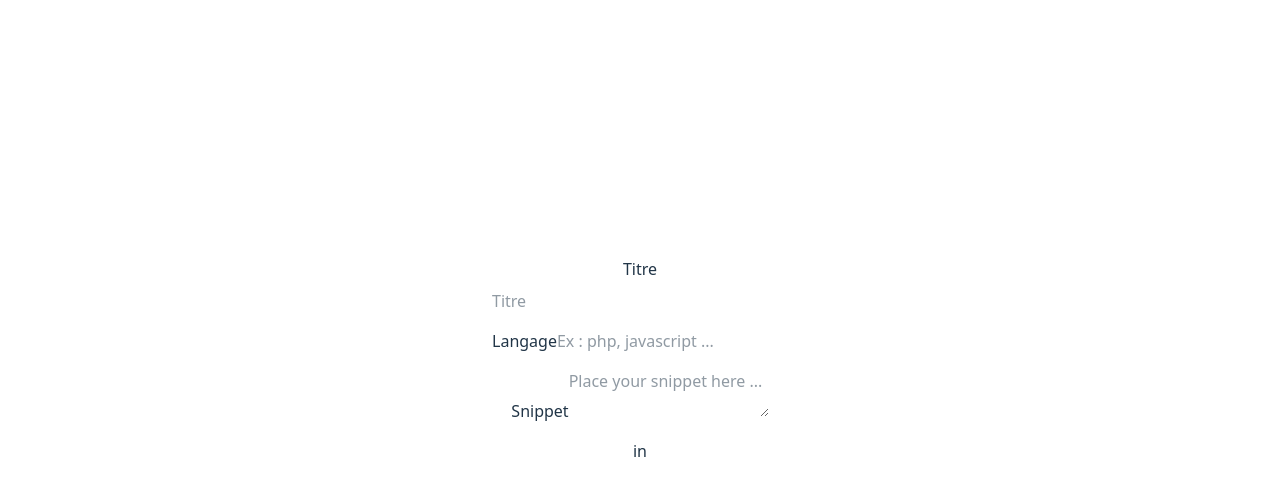
Repository: gdudekdev/mini-react-project
Page: /
An editor plug-in stored every save of this project. The page is shown before and after a run of saves, followed by the edit.
The browser window is 1280 px wide. The pictures show the whole page.
The project was rebuilt for these pictures with package versions that can differ from the ones it lists, and the page was loaded fresh each time. Also part of the build but not shown: vite.config.js.

Above is the page before, as saved 2025-07-11 08:58:14.

After the next 3 saves:
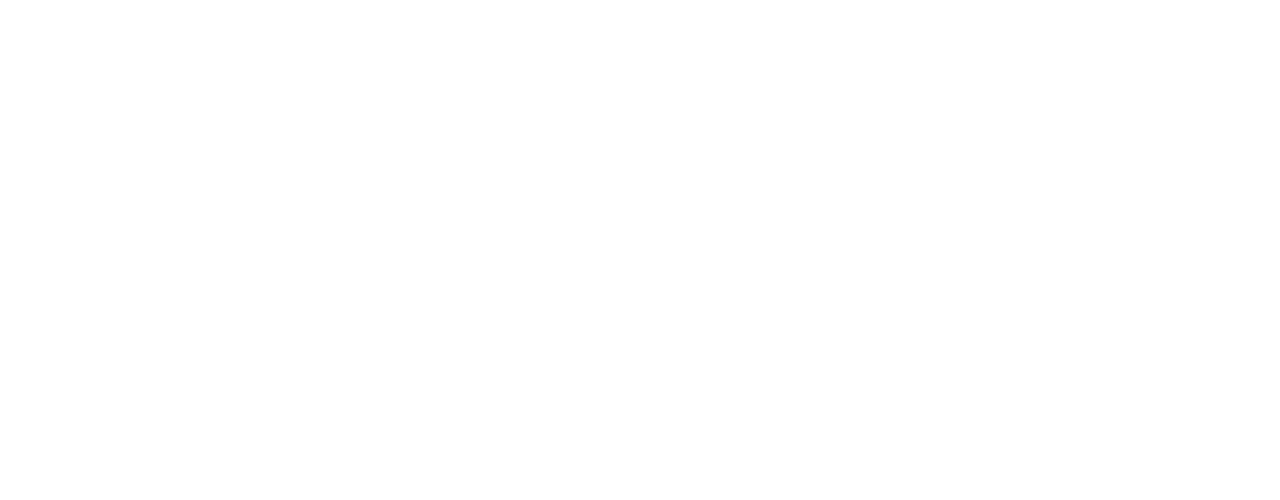
Console error: ReferenceError: Ajouter is not defined
The 3 saves are shown as one change because they came seconds apart.
The last was saved 10 s later.
--- a/src/components/Form.jsx
+++ b/src/components/Form.jsx
@@ -8,7 +8,12 @@
   });
 
   return (
-    <form className="flex flex-col gap-4" onSubmit={()=>{submitForm}}>
+    <form
+      className="flex flex-col gap-4"
+      onSubmit={() => {
+        submitForm;
+      }}
+    >
       <div className="flex flex-col gap-2">
         <label htmlFor="title">Titre</label>
         <input
@@ -43,7 +48,7 @@
         ></textarea>
       </div>
       <div className="">
-            in
+        <input type="submit" value={Ajouter} />
       </div>
     </form>
   );

After the save that followed:
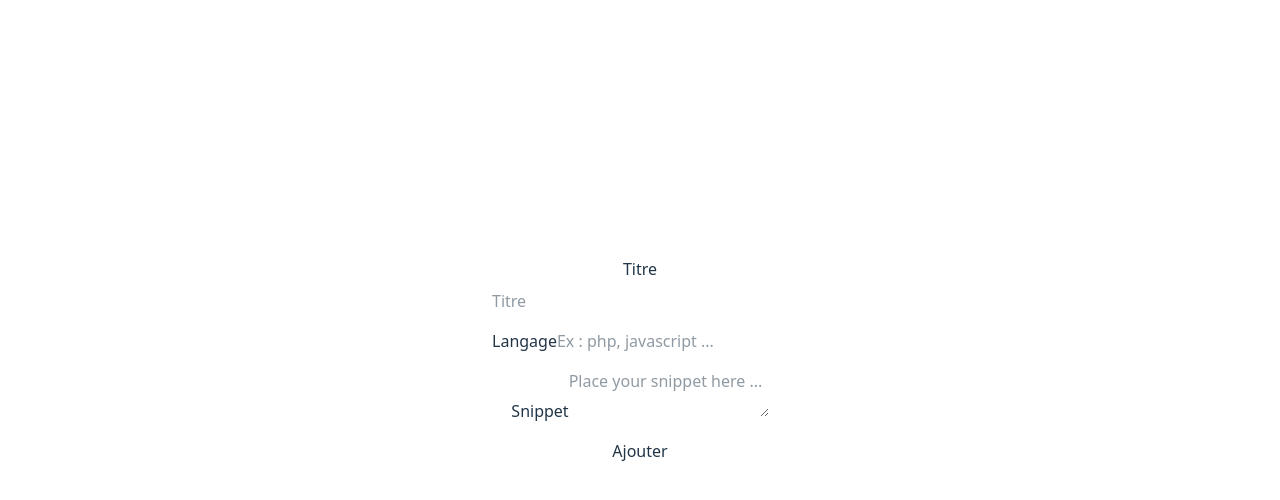
The error is gone.
Saved 7 s later.
--- a/src/components/Form.jsx
+++ b/src/components/Form.jsx
@@ -48,7 +48,7 @@
         ></textarea>
       </div>
       <div className="">
-        <input type="submit" value={Ajouter} />
+        <input type="submit" value="Ajouter" />
       </div>
     </form>
   );
